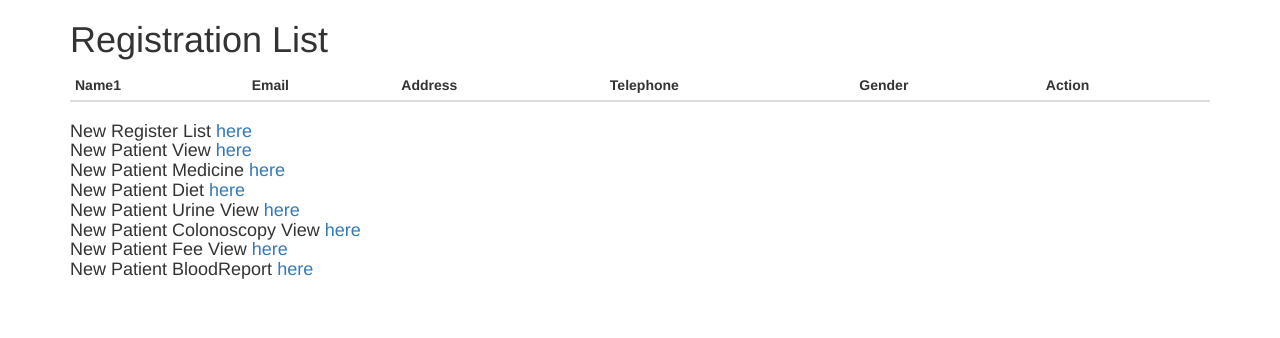
Repository: SACHINnANYAKKARA/2nd_Year_final_Project
Page: http://localhost/SpringMVCHibernateCRUD/WEB-INF/pages/home.jsp
An editor plug-in stored every save of this project. The page is shown before and after the next save, followed by the edit.
The browser window is 1280 px wide. The pictures show the whole page.
The page is served by Tomcat 9. Nobody is signed in. The template is opened directly, without the code that normally fills it, so the values that code supplies are empty.

Above is the page before, as saved 2018-04-01 09:35:50.

After the next save:
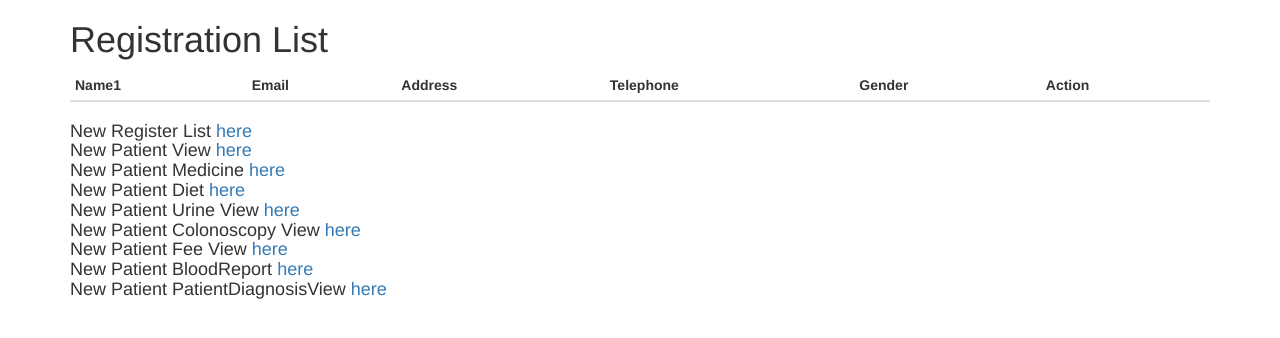
Saved 20 s later.
--- a/SpringMVCHibernateCRUD/src/main/webapp/WEB-INF/pages/home.jsp
+++ b/SpringMVCHibernateCRUD/src/main/webapp/WEB-INF/pages/home.jsp
@@ -63,6 +63,9 @@
 			<br>
 			New Patient BloodReport <a href="BloodReportView">here</a>
 			<br>
+			New Patient PatientDiagnosisView <a href="PatientDiagnosisView">here</a>
+
+
 
 		</h4>
 	</div>
